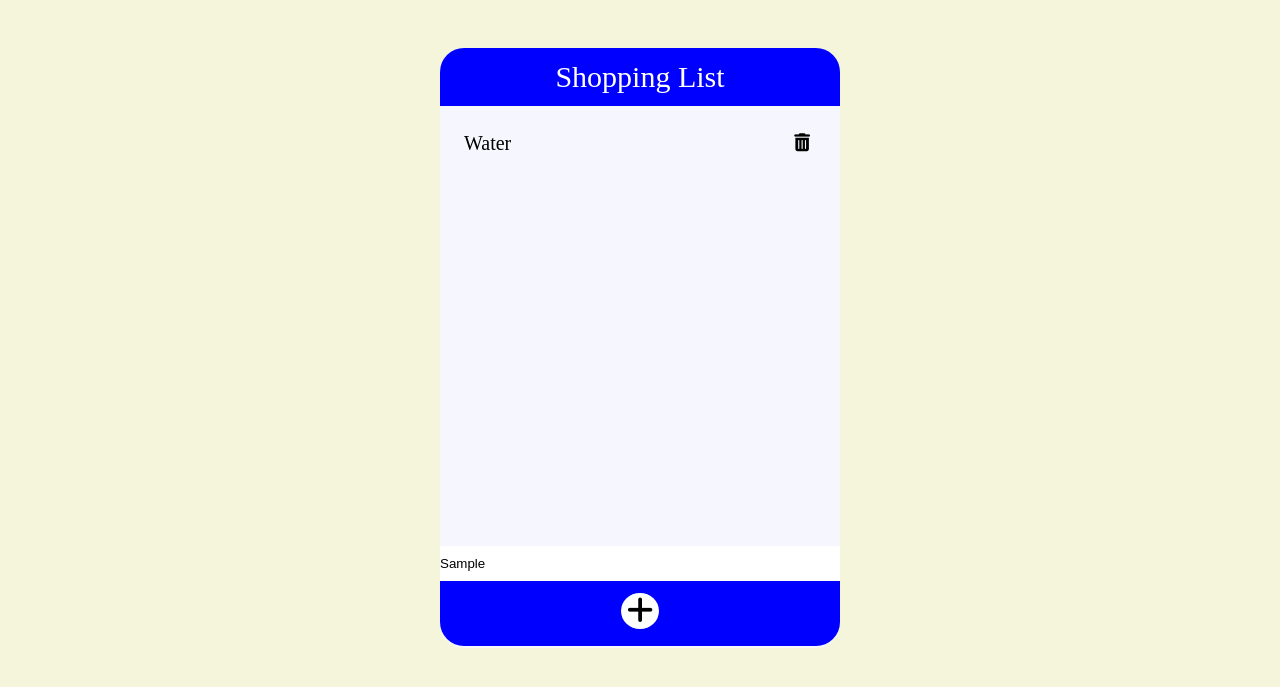
Repository: keehoonjung/Shopping-list
Page: index.html
These files come from the project's save history. The page is drawn as it stood at one moment and after the next save; the edit follows.
The browser window is 1280 px wide. The pictures show the whole page.
Empty fields were first filled with sample values (such as "Sample", 5 or name@example.com).
After loading, the first visible `button.create__Btn` was clicked once.
Some web libraries are served in a nearby version.

Above is the page before, as saved 2021-08-08 09:05:18.

After the next save:
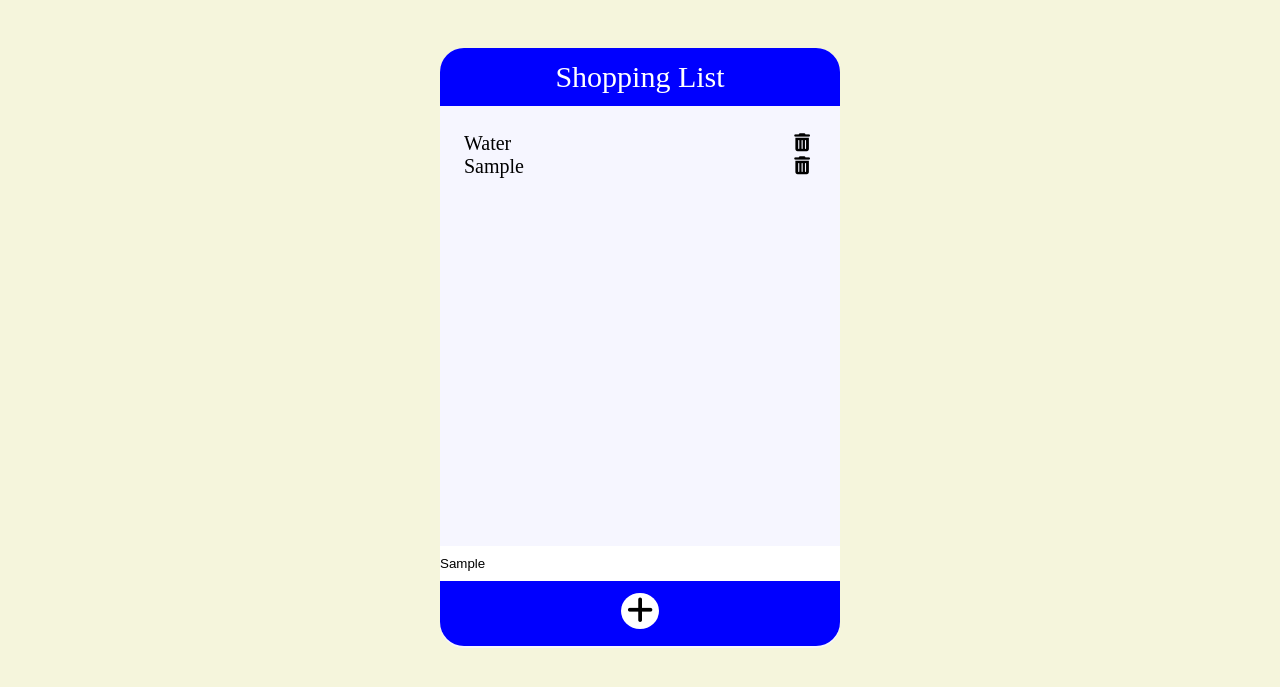
Saved 34 s later.
--- a/main.js
+++ b/main.js
@@ -14,5 +14,5 @@ createBtn.addEventListener("click", (event) => {
   <button class="delete__Btn">
       <i class="fas fa-trash-alt"></i>
   </button>`;
-  console.log(list);
+  shoppingList.appendChild(list);
 });
